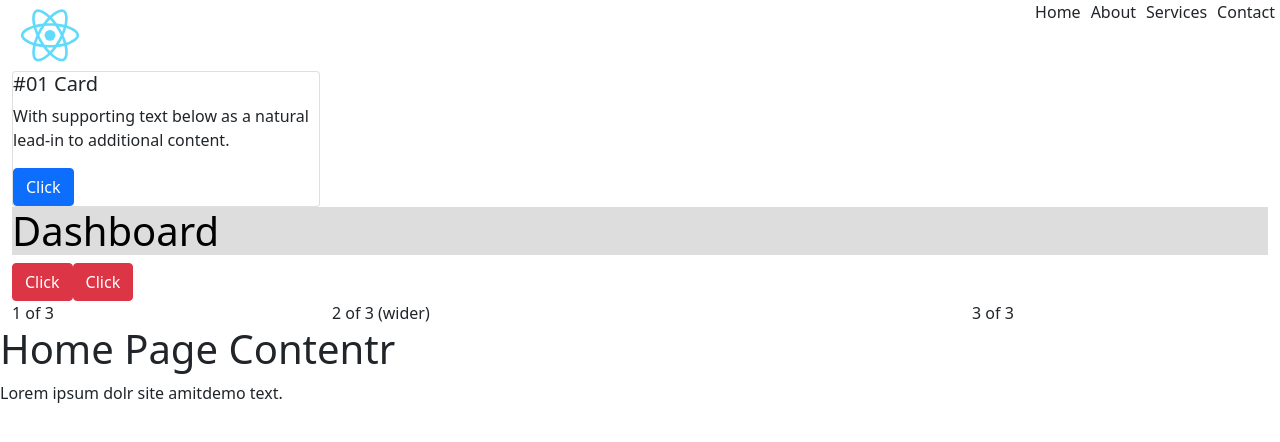
Repository: rudra319/react
Page: /
The author's editor kept a copy of each file at every save. The page is drawn from the files as they stood at one save, then again after the next save.
The browser window is 1280 px wide. The pictures show the whole page.
The project was rebuilt for these pictures with package versions that can differ from the ones it lists, and the page was loaded fresh each time. Also part of the build but not shown: src/App.css.

Above is the page before, as saved 2022-05-17 17:25:19.

After the next save:
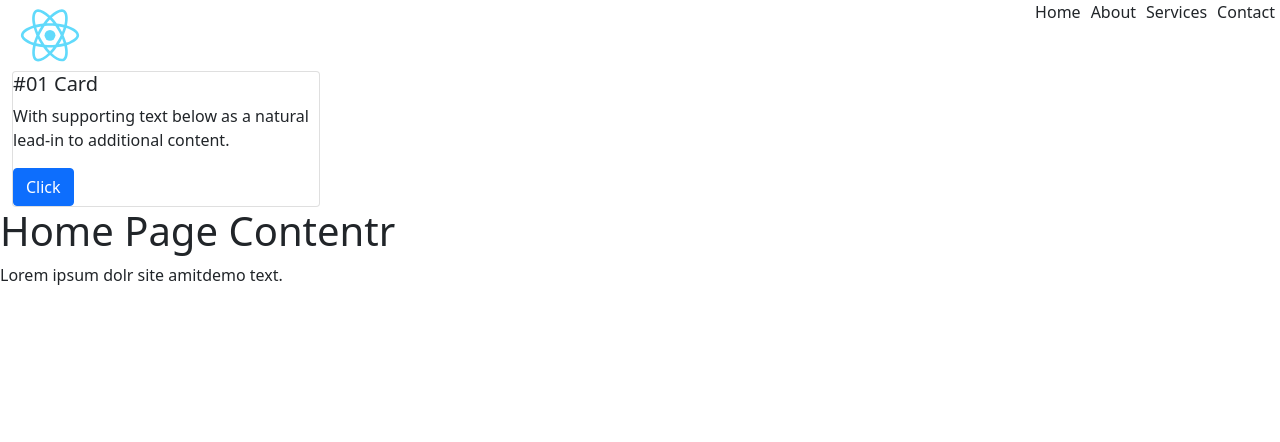
Saved 33 s later.
--- a/src/App.js
+++ b/src/App.js
@@ -14,7 +14,7 @@
         <Header setCPage={setCPage} />
       </div>
       <Chinmayee/>
-      <Dashboard />
+      {/* <Dashboard /> */}
       {cPage !== "" && (cPage === 'home' || cPage === "Home") && (
         <>
           <h1>Home Page Contentr</h1>
